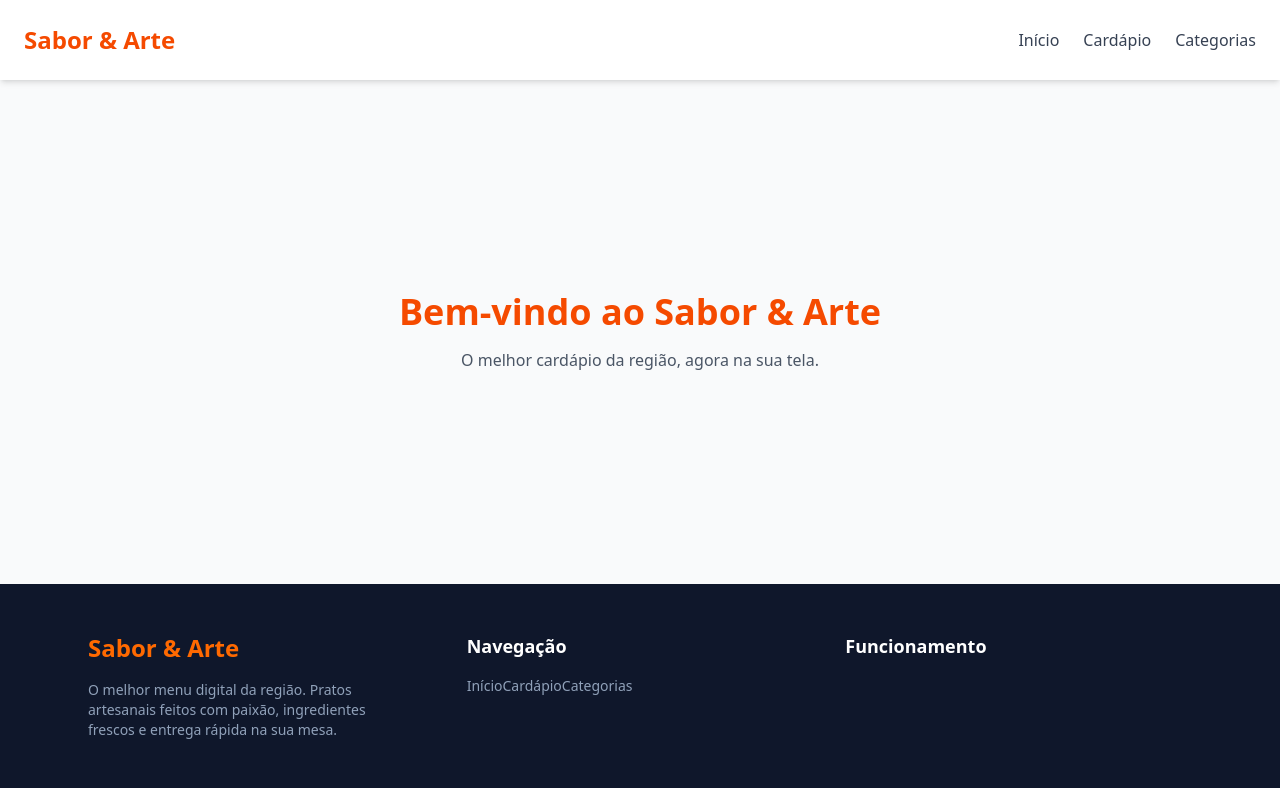
Repository: LuigiBLombardo/Next---Atividade
Page: / (app in sistema-cardapio/)
An editor plug-in stored every save of this project. The page is shown before and after the next save, followed by the edit.
The browser window is 1280 px wide. The pictures show the whole page.
The project was rebuilt for these pictures with package versions that can differ from the ones it lists, and the page was loaded fresh each time. The framework's server and built-in components were replaced by stand-ins that run in the browser. Also part of the build but not shown: sistema-cardapio/next.config.mjs.

Above is the page before, as saved 2026-09-04 19:35:24.

### sistema-cardapio/src/app/layout.js
import { Inter, Montserrat } from "next/font/google";
import "./globals.css";
import Navbar from "@/components/Navbar";
import Footer from "@/components/Footer";

const inter = Inter({ subsets: ["latin"], variable: "--font-inter" });

const montserrat = Montserrat({ subsets: ["latin"], variable: "--font-montserrat" });

export default function RootLayout({ children }) {
    return (
        <html lang="pt-br" className={`${inter.variable} ${montserrat.variable}`}>
            <body className="font-sans bg-gray-50 antialiased">
                <Navbar />
                {children}
                <Footer/>
            </body>
        </html>
);
}

### sistema-cardapio/src/app/page.js
import Image from "next/image";

export default function Home() {
  return (
    <main className="flex flex-col items-center justify-center min-h-[70vh]">
        <h1 className="text-4xl font-bold text-orange-600">Bem-vindo ao Sabor & Arte</h1>
        <p className="mt-4 text-gray-600">O melhor cardápio da região, agora na sua tela.</p>
    </main>
  );
}

### sistema-cardapio/src/components/Navbar.js
import Link from 'next/link';

export default function Navbar() {
    return (
        <nav className="flex items-center justify-between p-6 bg-white shadow-md">
            <h2 className="text-2xl font-bold text-orange-600">Sabor & Arte</h2>
            <div className="flex gap-6">
                <Link href="/" className="text-gray-700 hover:text-orange-600 font-medium">Início</Link>
                <Link href="/cardapio" className="text-gray-700 hover:text-orange-600 font-medium">Cardápio</Link>
                <Link href="/categorias" className="text-gray-700 hover:text-orange-600
font-medium">Categorias</Link>
            </div>
        </nav>
);
}

### sistema-cardapio/src/components/Footer.js
import Link from "next/link";

export default function Footer(){
    return (
        <footer className="w-full bg-slate-900 text-slate-400 pt-12">

            <div className="max-w-6xl mx-auto px-6 pb-12 grid grid-cols-1 md:grid-cols-3 gap-8">

                <div>
                    <h2 className="text-2xl font-bold text-orange-500 mb-4">
                        Sabor & Arte
                    </h2>
                    <p className="text-sm max-w-xs text-slate-400">
                        O melhor menu digital da região. Pratos artesanais feitos com
                        paixão, ingredientes frescos e entrega rápida na sua mesa.
                    </p>
                </div>

                <div>
                    <h3 className="text-lg font-bold text-white mb-4">
                        Navegação
                    </h3>
                    <div className="space-y-2 text-sm">

                        <Link href="/" className="hover:text-white transition">Início</Link>
                        <Link href="/cardapio" className="hover:text-white transition">Cardápio</Link>
                        <Link href="/categorias" className="hover:text-white transition">Categorias</Link>

                    </div>
                </div>

                <div>
                    <h3 className="text-lg font-bold text-white mb-4">
                        Funcionamento
                    </h3>
                    <p className="text-sm text-slate-300">

                    </p>

                </div>
            </div>

        </footer>
    )
}

Loaded but not shown: sistema-cardapio/src/app/globals.css (common file)

After the next save:
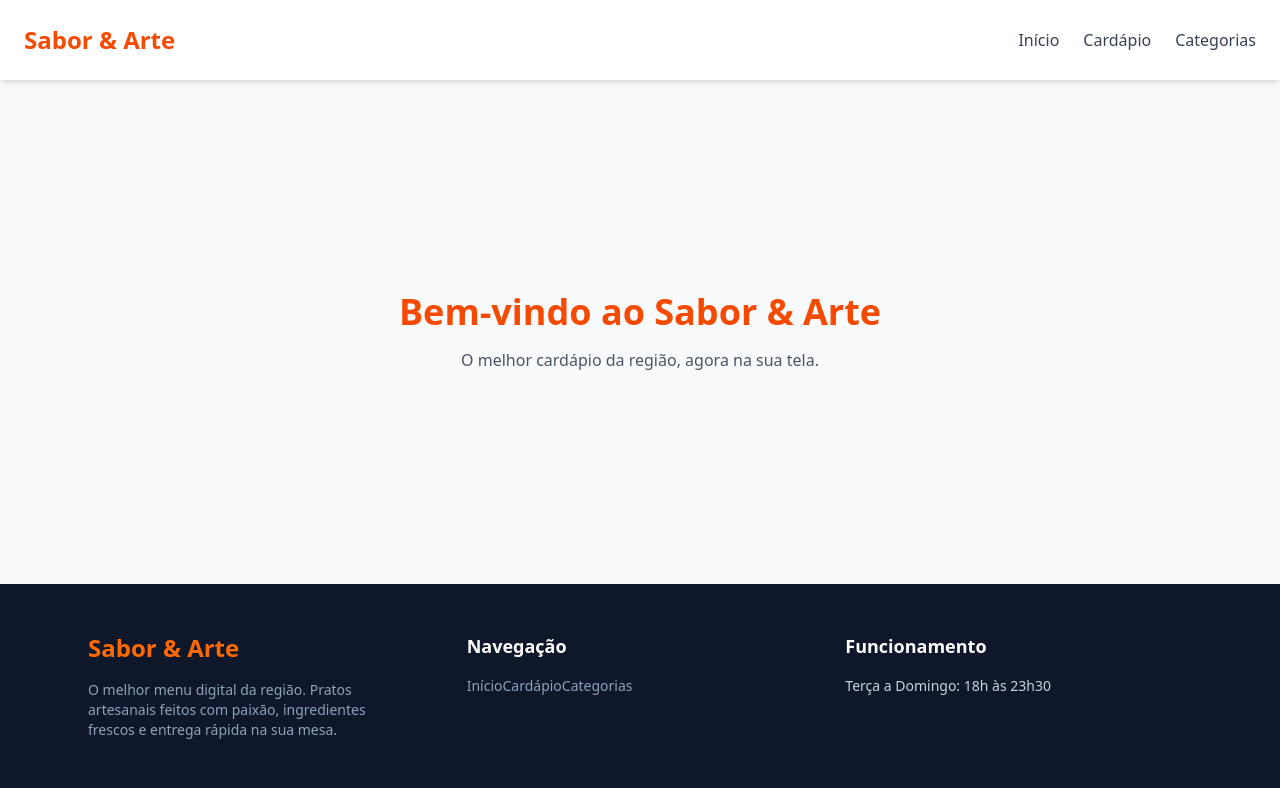
Saved 8 s later.
--- a/sistema-cardapio/src/components/Footer.js
+++ b/sistema-cardapio/src/components/Footer.js
@@ -34,7 +34,7 @@ export default function Footer(){
                         Funcionamento
                     </h3>
                     <p className="text-sm text-slate-300">
-
+                        Terça a Domingo: 18h às 23h30
                     </p>
 
                 </div>
